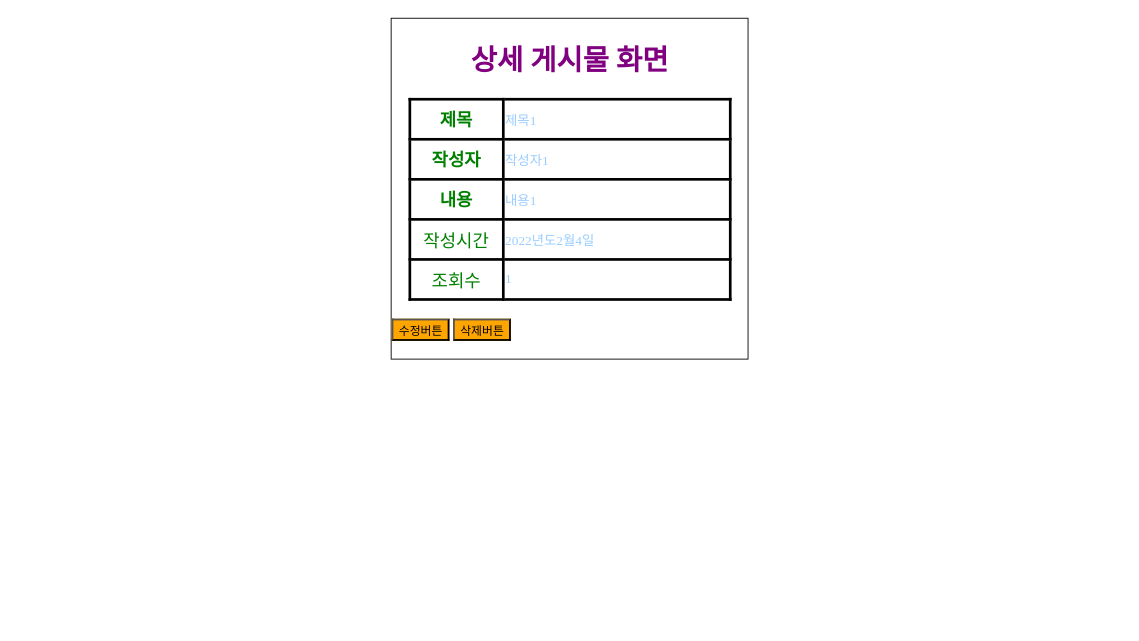
Repository: Kray273/JSLab
Page: css/src/main/webapp/Day97/boardcontents.html
These files come from the project's save history. The page is drawn as it stood at one moment and after the next save; the edit follows.
The browser window is 1280 px wide. The pictures show the whole page, at 89% of full size.

Above is the page before, as saved 2022-11-25 10:05:32.

### css/src/main/webapp/Day97/boardcontents.html
<!DOCTYPE html>
<html>
<head>
<meta charset="UTF-8">
<title>Kray</title>
<style type="text/css">
	#line {
		margin : 20px auto;
		border: 1px solid black;
		width: 400px;
	}

	h1 {
	 text-align: center;
	 color: purple;
	}

	table,td,th {
		border: 3px solid black;
		border-collapse: collapse;
		margin: auto;
	}

	table #left {
		color: green;
		text-align: center;
		font-size: 20px;
		width: 100px;
		height: 40px;
	}

	table #right {
		color: #99CCFF;
		font-size: 15px;
		width: 250px;
	}

	#lower {
		margin: 20px auto;
	}
	#button {
		background-color: orange;
	}

</style>
</head>
<body>

<div id="line">
	<h1>상세 게시물 화면</h1>
	<table>
		<tr>
			<th id="left">제목</td>
			<td id="right">제목1</td>
		</tr>
		<tr>
			<th id="left">작성자</td>
			<td id="right">작성자1</td>
		</tr>
		<tr>
			<th id="left">내용</td>
			<td id="right">내용1</td>
		</tr>
		<tr>
			<td id="left">작성시간</td>
			<td id="right">2022년도2월4일</td>
		</tr>
		<tr>
			<td id="left">조회수</td>
			<td id="right">1</td>
		</tr>
	</table>

	<div id="lower">
	<input type="button" value="수정버튼" id="button">
	<input type="reset" value="삭제버튼" id="button">
	</div>
</div>

</div>
</body>
</html>

After the next save:
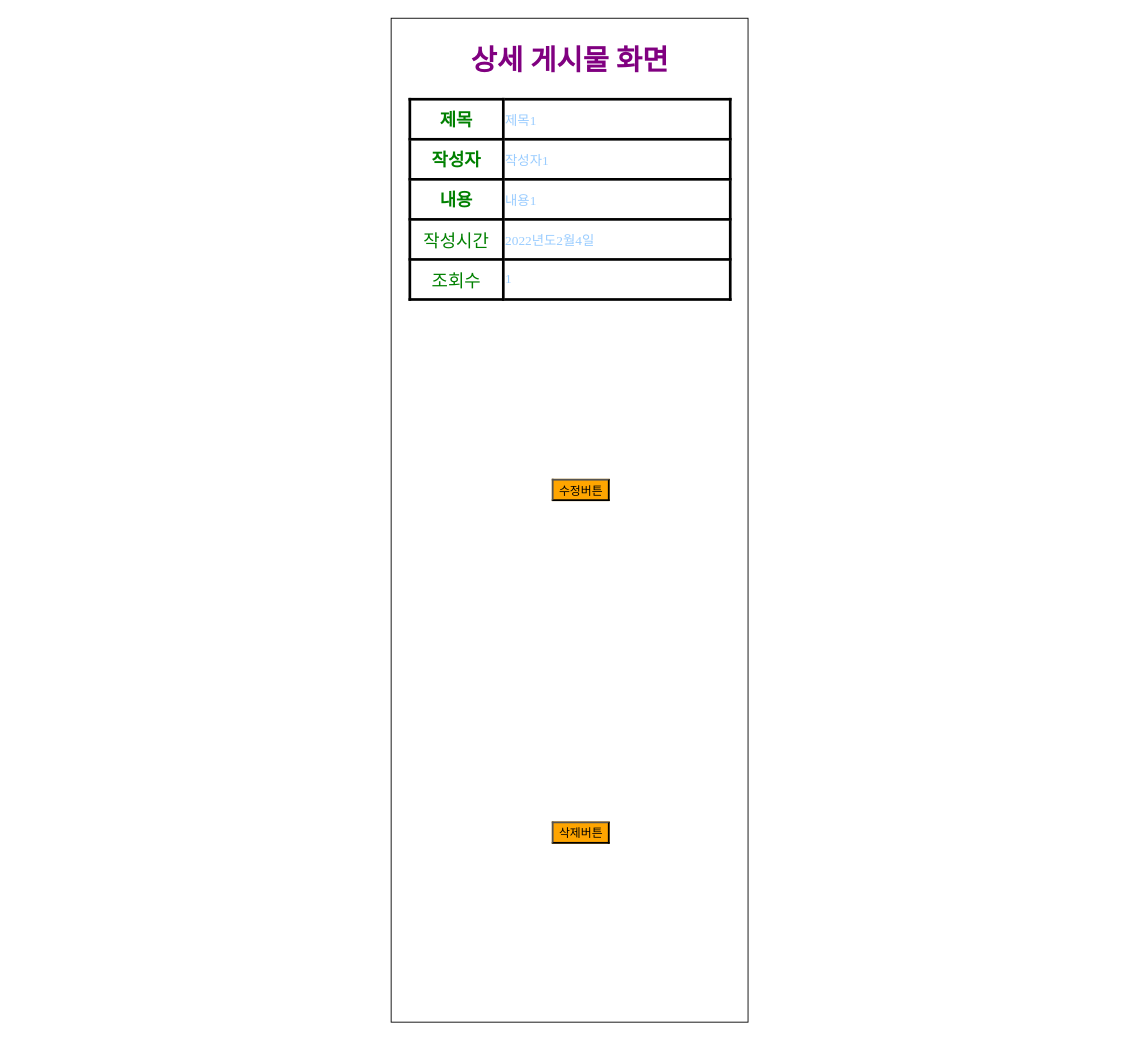
Saved 71 s later.
--- a/css/src/main/webapp/Day97/boardcontents.html
+++ b/css/src/main/webapp/Day97/boardcontents.html
@@ -38,8 +38,13 @@
 	#lower {
 		margin: 20px auto;
 	}
-	#button {
+	#buttonL {
 		background-color: orange;
+		margin: 45%;
+	}
+	#buttonR {
+		background-color: orange;
+		margin: 45%;
 	}
 
 </style>
@@ -72,8 +77,8 @@
 	</table>
 
 	<div id="lower">
-	<input type="button" value="수정버튼" id="button">
-	<input type="reset" value="삭제버튼" id="button">
+	<input type="button" value="수정버튼" id="buttonL">
+	<input type="reset" value="삭제버튼" id="buttonR">
 	</div>
 </div>
 
